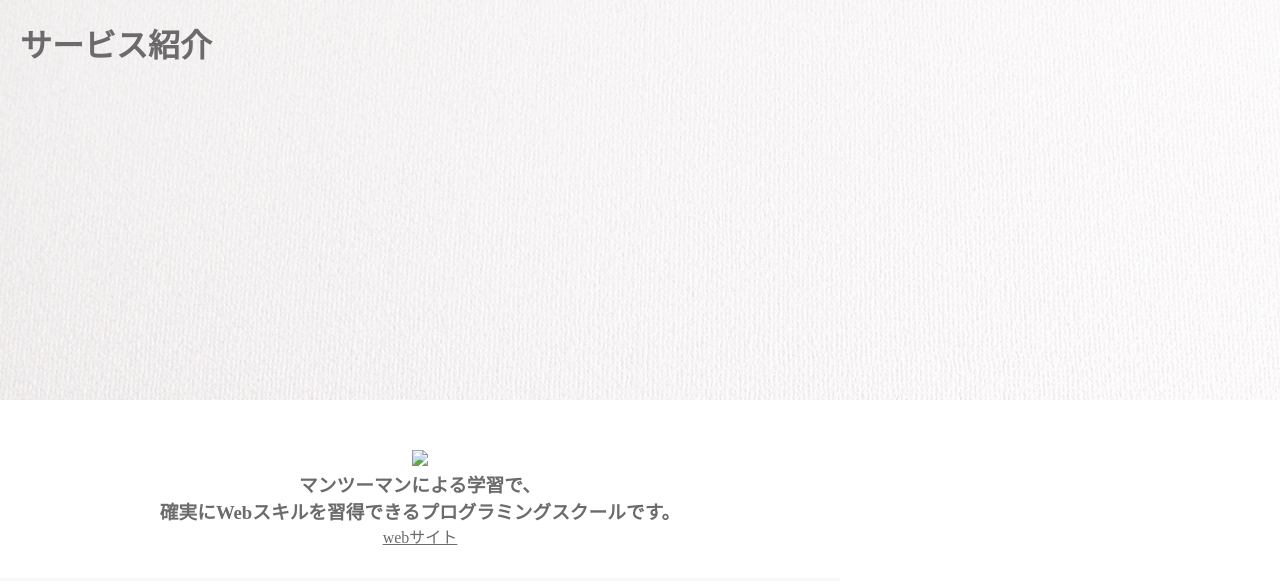
Repository: kiruha313/DWC
Page: exersise7/index.html
The author's editor kept a record of every edit. The page is drawn from the files as they stood at one moment, then again after the next edit.
The browser window is 1280 px wide. The pictures show the whole page.

Above is the page before.
Not found: exersise7/img/wc-logo.jpg

### exersise7/index.html
<!DOCTYPE html>
<html lang="ja">
  <head>
    <meta charset="UTF-8" />
    <link rel="stylesheet" href="style.css" />
    <title>7</title>
  </head>

  <header>
    <div class="header-item">
      <h1 class="header-text">サービス紹介</h1>
    </div>
  </header>

  <main>
    <section class="school">
      <div class="school-item">
        <img class="school-image" src="img/wc-logo.jpg">
        <section class="school-text">
          <h3 class="school-text-heading">
            マンツーマンによる学習で、</br>
            確実にWebスキルを習得できるプログラミングスクールです。
          </h3>
          <a class="link" href="">webサイト</a>
        </section>
      </div>
    </section>
  </main>

</html>

### exersise7/style.css
* {
  margin: 0;
  padding: 0;
  box-sizing: border-box;
  color: #6c6b6b;
}

.header-text {
  padding: 20px;
}

.header-item {
  background-image: url(img/mv.jpg);
  width: 100%;
  height: 400px;

}

main {
  width: 840px;

}

.school {
  padding: 50px 0 30px 0;
  border-bottom: solid #f7f7f7;
  text-align: center;
  margin: 0 auto;
}

.school-item {

}

.school-image {

}

After the next edit:
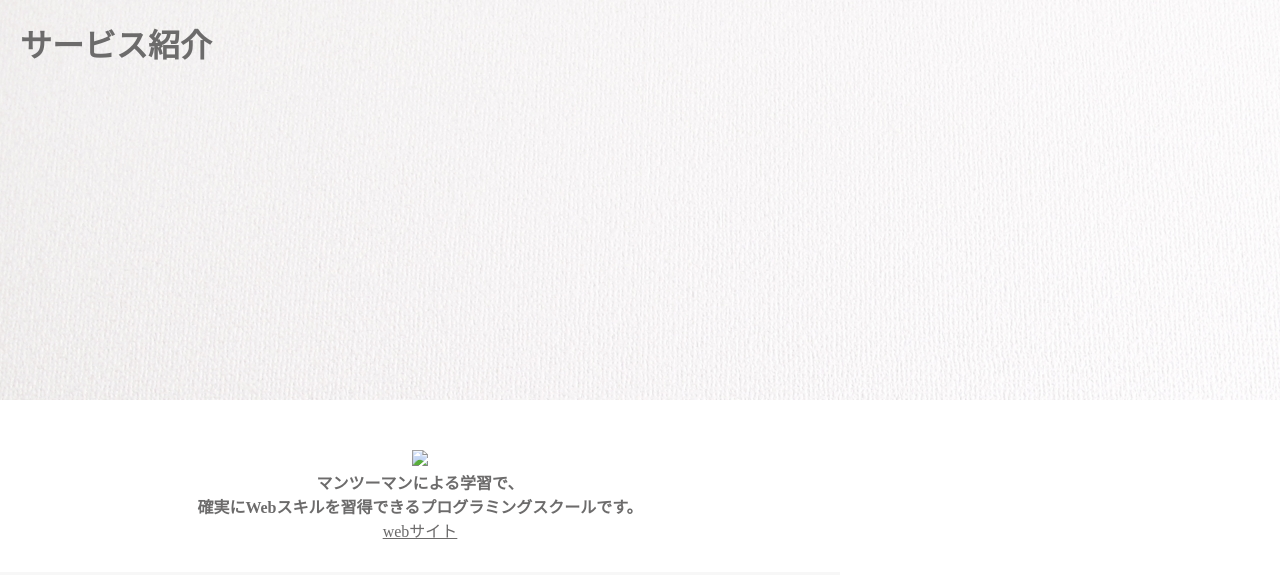
The edit:
--- a/exersise7/index.html
+++ b/exersise7/index.html
@@ -17,7 +17,7 @@
       <div class="school-item">
         <img class="school-image" src="img/wc-logo.jpg">
         <section class="school-text">
-          <h3 class="school-text-heading">
+          <h4 class="school-text-heading">
             マンツーマンによる学習で、</br>
             確実にWebスキルを習得できるプログラミングスクールです。
           </h3>
